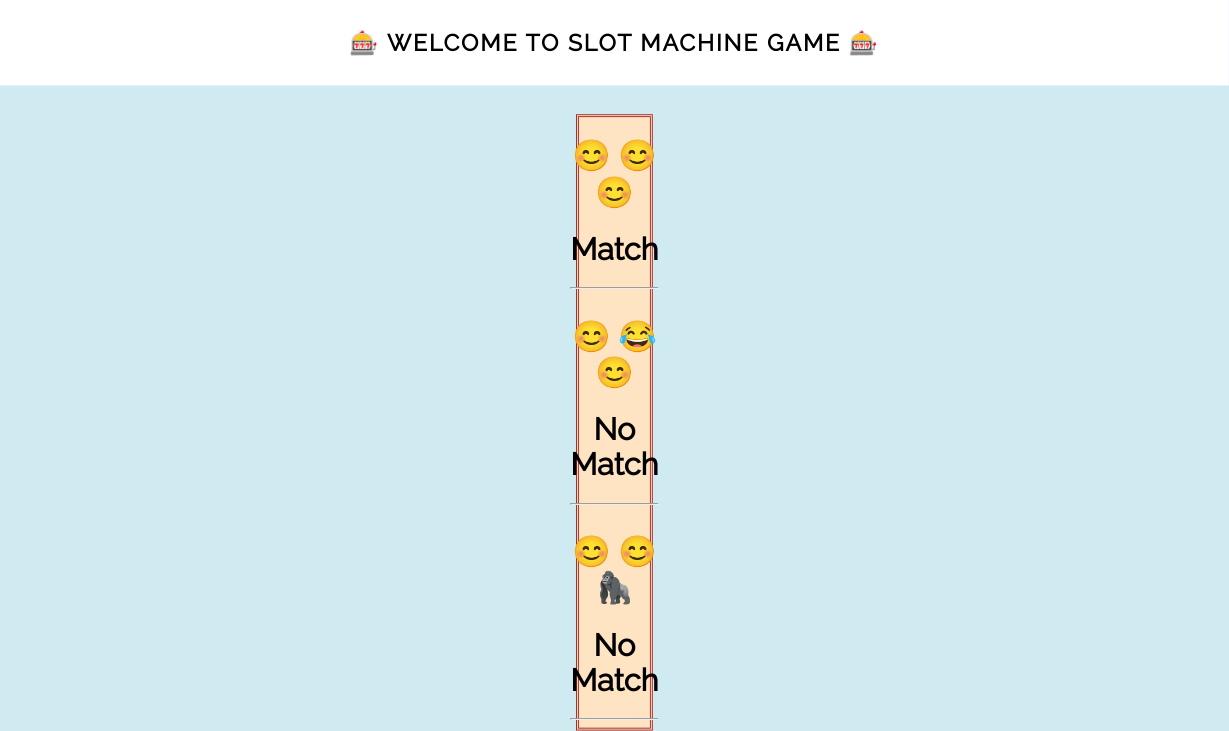
Repository: duggallakshya/slotMachineReact
Page: /
The author's editor kept a copy of each file at every save. The page is drawn from the files as they stood at one save, then again after a run of saves.
The browser window is 1280 px wide. The pictures show the whole page, at 96% of full size.
The project was rebuilt for these pictures with package versions that can differ from the ones it lists, and the page was loaded fresh each time.

Above is the page before, as saved 2022-03-23 18:42:49.

After the next 3 saves:
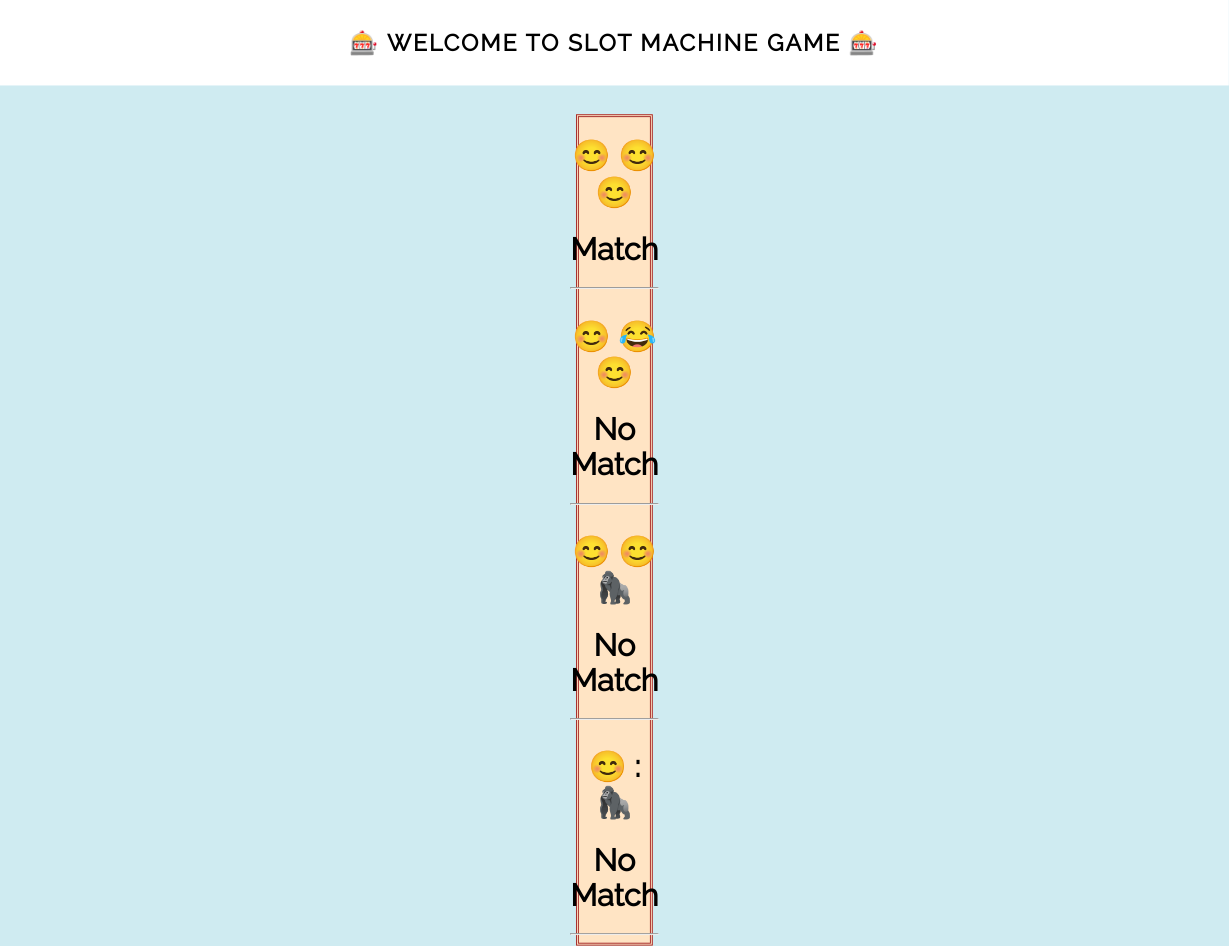
The 3 saves are shown as one change because they came seconds apart.
The last was saved 13 s later.
--- a/src/App.jsx
+++ b/src/App.jsx
@@ -9,6 +9,7 @@ const App = () => {
                 <SlotMachine x ='😊' y ='😊' z ='😊'/>
                 <SlotMachine x ='😊' y ='😂' z ='😊'/>
                 <SlotMachine x ='😊' y ='😊' z ='🦍'/>
+                <SlotMachine x ='😊' y =':' z ='🦍'/>
             </div>
         </>
     )
